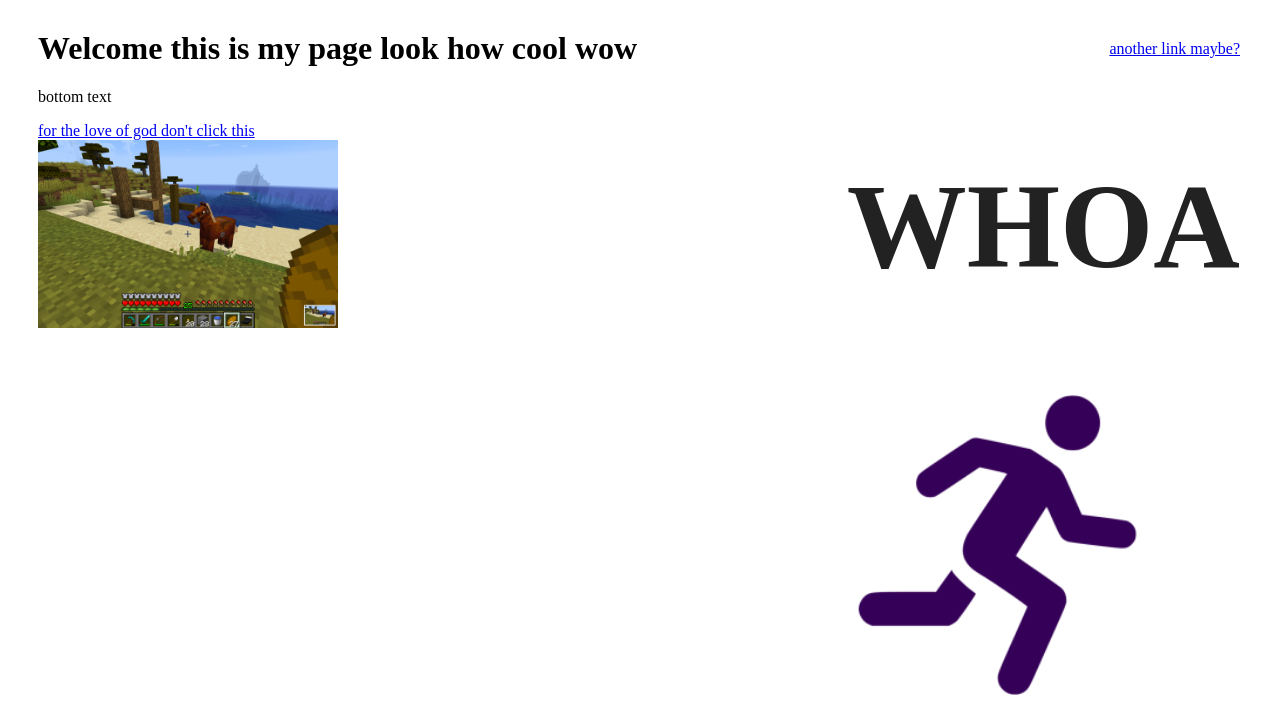
Repository: neomort/Semaphore-commTech
Page: index.html
These files come from the project's save history. The page is drawn as it stood at one moment and after the next save; the edit follows.
The browser window is 1280 px wide. The pictures show the whole page.

Above is the page before, as saved 2021-09-09 16:12:45.

After the next save:
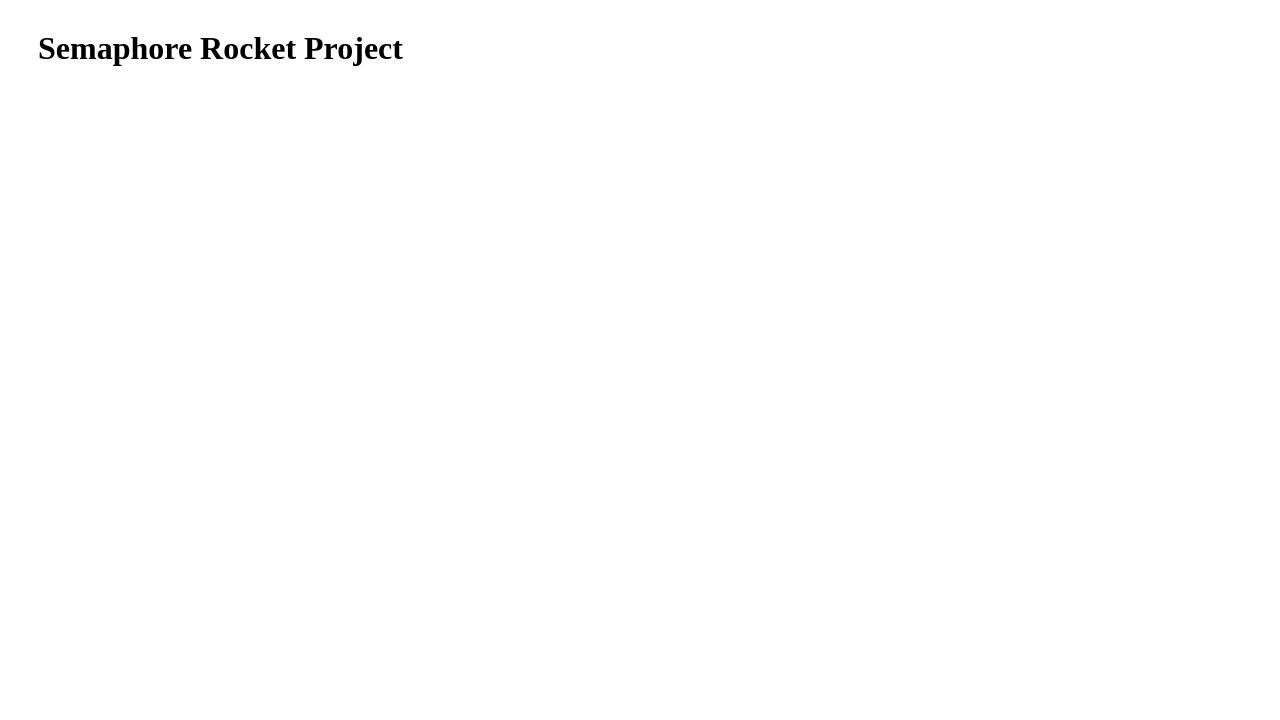
Saved 47 days later.
--- a/index.html
+++ b/index.html
@@ -1,21 +1,14 @@
 <!DOCTYPE html>
 
 <head>
-<title>my fist page whoa</title>
+<title>Semaphore Rockets</title>
 <link rel="icon" href="images/chicken.png"/>
 <link rel="stylesheet" href="styles.css"/>
 </head>
 
 <body>
   <div class="format-edges">
-<h1>Welcome this is my page look how cool wow</h1>
-<p>bottom text <p>
-  <a href="https://www.commlab.nyuadim.com/assignments.html">for the love of god don't click this</a>
-  <a class="image" href="https://www.youtube.com/watch?v=O3Jf4U1E7Jc"><img src="images/mone.png" /></a>
-  <div class="right">
-    <a href="https://kyleadams.com/">another link maybe?</a>
-    <h2>WHOA</h2>
-    <a class="image" href="https://www.youtube.com/watch?v=O3Jf4U1E7Jc"><img src="images/purp.png" /></a>
-  </div>
+<h1>Semaphore Rocket Project</h1>
+
 </div>
 </body>
